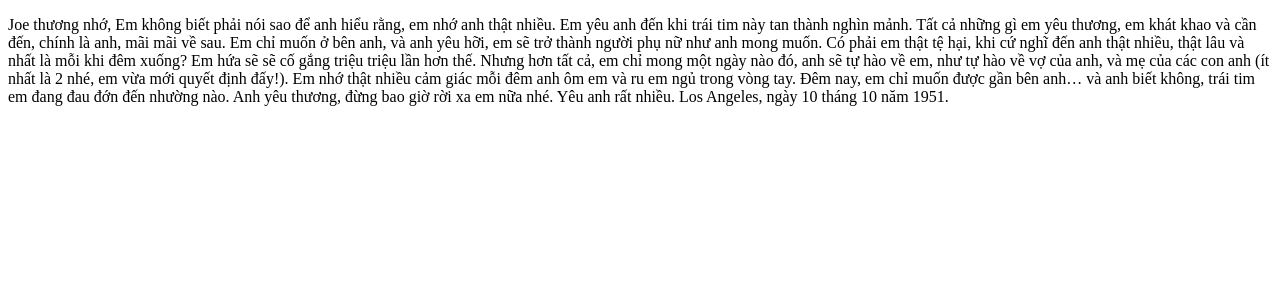
Repository: tungts3qb/BTCodeGym
Page: letter.html
These files come from the project's save history. The page is drawn as it stood at one moment and after the next save; the edit follows.
The browser window is 1280 px wide. The pictures show the whole page.

Above is the page before, as saved 2022-12-19 15:48:11.

After the next save:
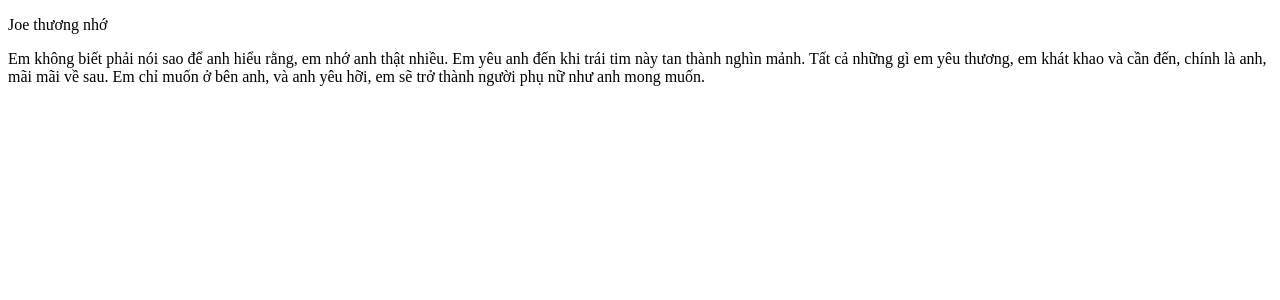
Saved 61 s later.
--- a/letter.html
+++ b/letter.html
@@ -7,16 +7,14 @@
     <title>[Bài tập] Chương trình in nội dung bức thư</title>
 </head>
 <body>
-    <p>
-        Joe thương nhớ,
 
-Em không biết phải nói sao để anh hiểu rằng, em nhớ anh thật nhiều. Em yêu anh đến khi trái tim này tan thành nghìn mảnh. Tất cả những gì em yêu thương, em khát khao và cần đến, chính là anh, mãi mãi về sau. Em chỉ muốn ở bên anh, và anh yêu hỡi, em sẽ trở thành người phụ nữ như anh mong muốn.
-
-Có phải em thật tệ hại, khi cứ nghĩ đến anh thật nhiều, thật lâu và nhất là mỗi khi đêm xuống? Em hứa sẽ sẽ cố gắng triệu triệu lần hơn thế. Nhưng hơn tất cả, em chỉ mong một ngày nào đó, anh sẽ tự hào về em, như tự hào về vợ của anh, và mẹ của các con anh (ít nhất là 2 nhé, em vừa mới quyết định đấy!). Em nhớ thật nhiều cảm giác mỗi đêm anh ôm em và ru em ngủ trong vòng tay. Đêm nay, em chỉ muốn được gần bên anh… và anh biết không, trái tim em đang đau đớn đến nhường nào.
-
-Anh yêu thương, đừng bao giờ rời xa em nữa nhé. Yêu anh rất nhiều.
-
-Los Angeles, ngày 10 tháng 10 năm 1951.
-    </p>
+    <div>
+        <p>Joe thương nhớ</p>
+        <p>
+            Em không biết phải nói sao để anh hiểu rằng, em nhớ anh thật nhiều. Em yêu anh đến khi trái tim này tan thành nghìn
+            mảnh. Tất cả những gì em yêu thương, em khát khao và cần đến, chính là anh, mãi mãi về sau. Em chỉ muốn ở bên anh, và
+            anh yêu hỡi, em sẽ trở thành người phụ nữ như anh mong muốn.
+        </p>
+    </div>
 </body>
 </html>
